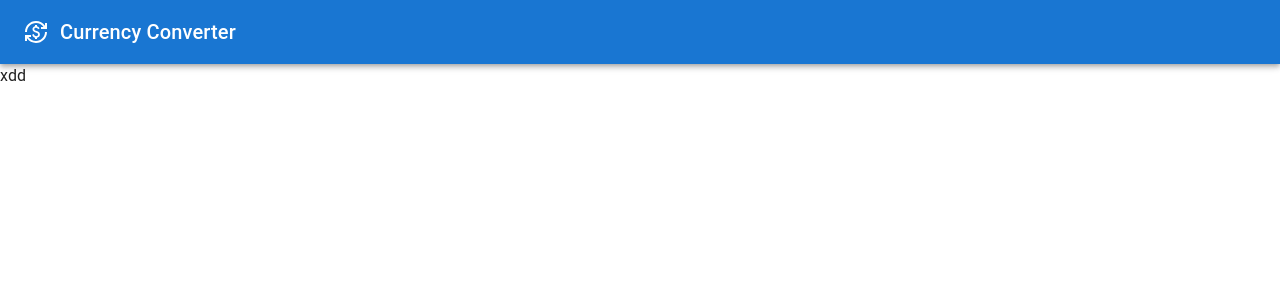
Repository: rutsguifd/currency-converter
Page: /
The author's editor kept a copy of each file at every save. The page is drawn from the files as they stood at one save, then again after the next save.
The browser window is 1280 px wide. The pictures show the whole page.
The project was rebuilt for these pictures with package versions that can differ from the ones it lists, and the page was loaded fresh each time.

Above is the page before, as saved 2023-03-27 21:47:38.

After the next save:
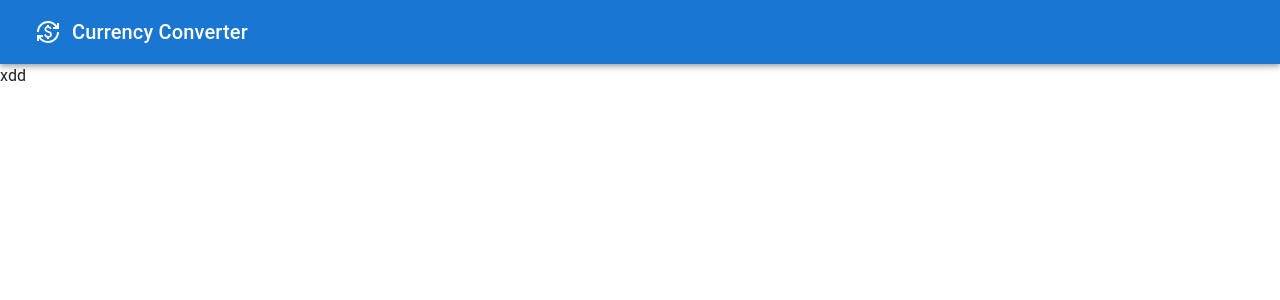
Saved 14 s later.
--- a/src/components/Header.jsx
+++ b/src/components/Header.jsx
@@ -7,7 +7,7 @@ const Header = () => {
     <Box sx={{ flexGrow: 1 }}>
       <AppBar position="static">
         <Toolbar>
-          <IconButton size="large" edge="start" color="inherit">
+          <IconButton size="large" color="inherit">
             <CurrencyExchangeIcon />
           </IconButton>
           <Typography variant="h6" component="div" sx={{ flexGrow: 1 }}>
